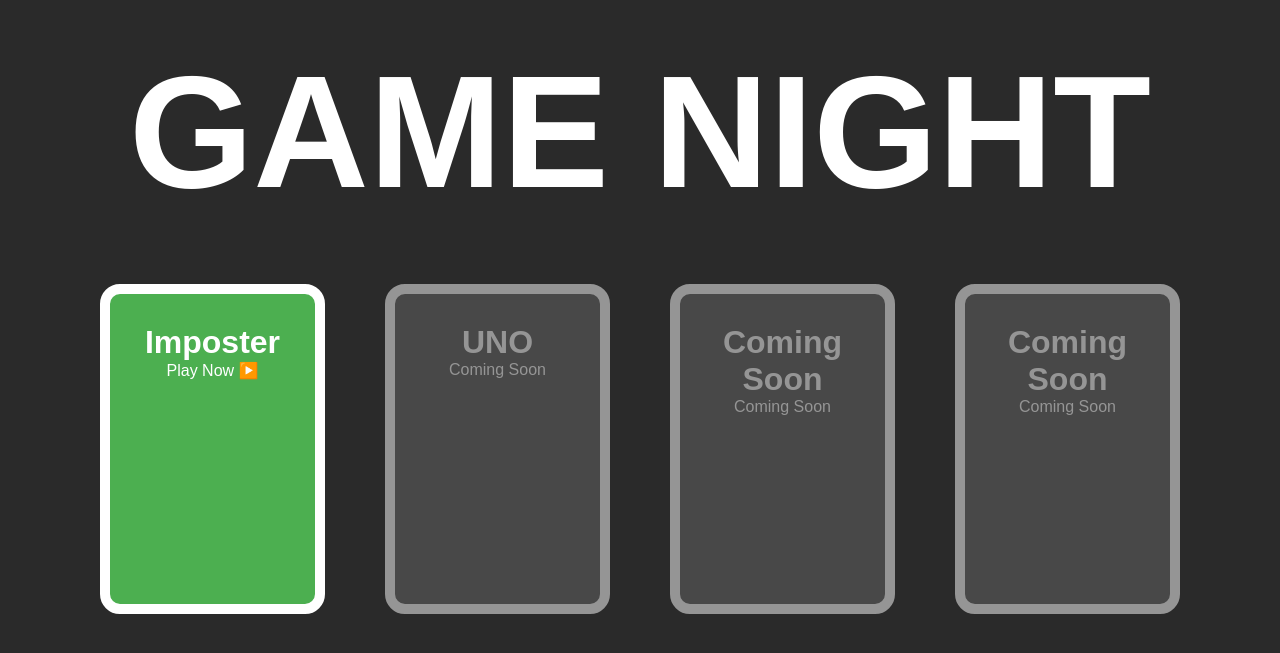
Repository: nfemmanuel/game-night-app
Page: /
An editor plug-in stored every save of this project. The page is shown before and after a run of saves, followed by the edit.
The browser window is 1280 px wide. The pictures show the whole page.
The project was rebuilt for these pictures with package versions that can differ from the ones it lists, and the page was loaded fresh each time.

Above is the page before, as saved 2025-12-31 16:34:36.

After the next 2 saves:
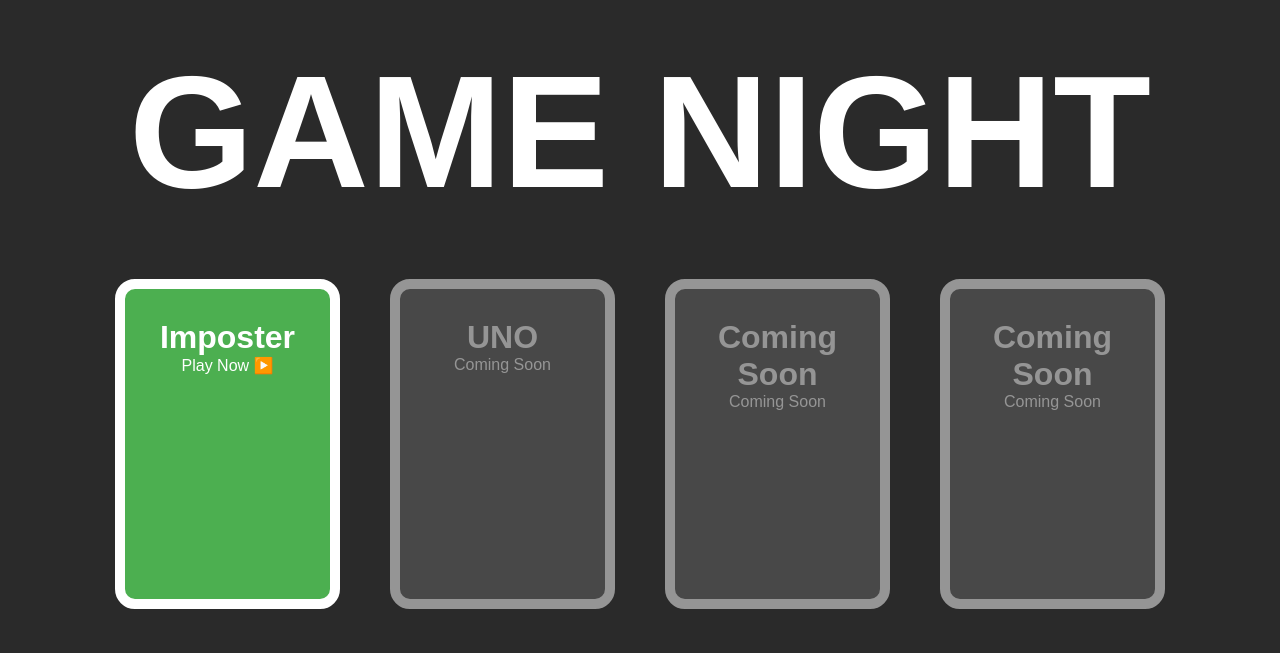
The 2 saves are shown as one change because they came seconds apart.
The last was saved 5 s later.
--- a/src/components/GameCard.module.css
+++ b/src/components/GameCard.module.css
@@ -2,7 +2,7 @@
     width: 225px;
     height: 330px;
     padding: 30px;
-    margin: 20px;
+    margin: 15px;
     border-radius: 20px;
     border: 10px solid white;
     text-align: center;
